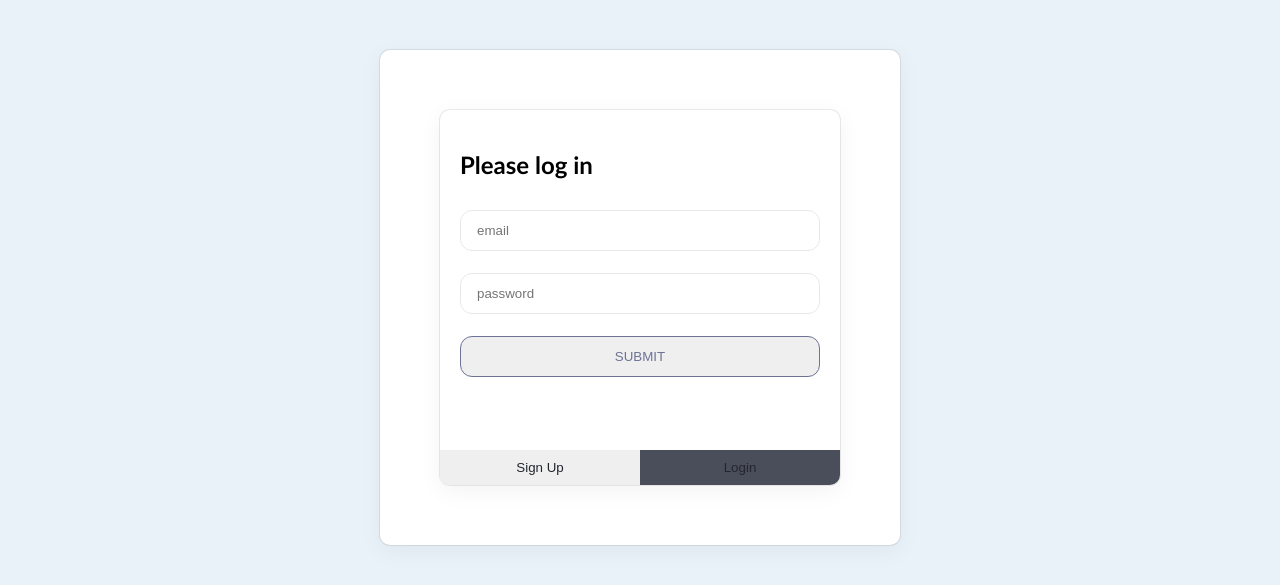
Repository: mosesvk/_todo
Page: / (app in client/)
An editor plug-in stored every save of this project. The page is shown before and after the next save, followed by the edit.
The browser window is 1280 px wide. The pictures show the whole page.
The project was rebuilt for these pictures with package versions that can differ from the ones it lists, and the page was loaded fresh each time. Also part of the build but not shown: client/vite.config.js, client/src/components/Modal.jsx, client/src/components/ListHeader.jsx, client/src/components/ProgressBar.jsx, client/src/components/ListItem.jsx. Imported but missing from the stored project, and not drawn on this page: client/src/components/TickIcon.

Above is the page before, as saved 2023-05-09 18:57:11.

After the next save:
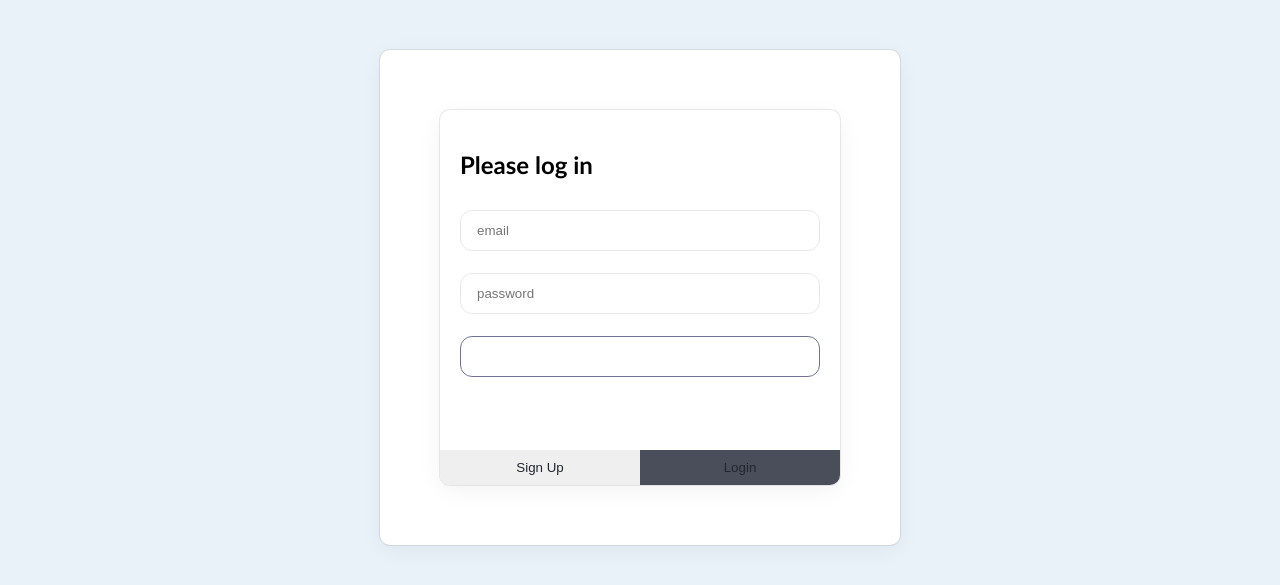
Saved 41 h 31 min later.
--- a/client/src/components/Auth.jsx
+++ b/client/src/components/Auth.jsx
@@ -69,7 +69,7 @@
             />
           )}
           <input
-            type='submit'
+            // type='submit'
             className='create'
             onClick={(e) => handleSubmit(e, isLogin ? 'login' : 'signup')}
           />

After the save that followed:
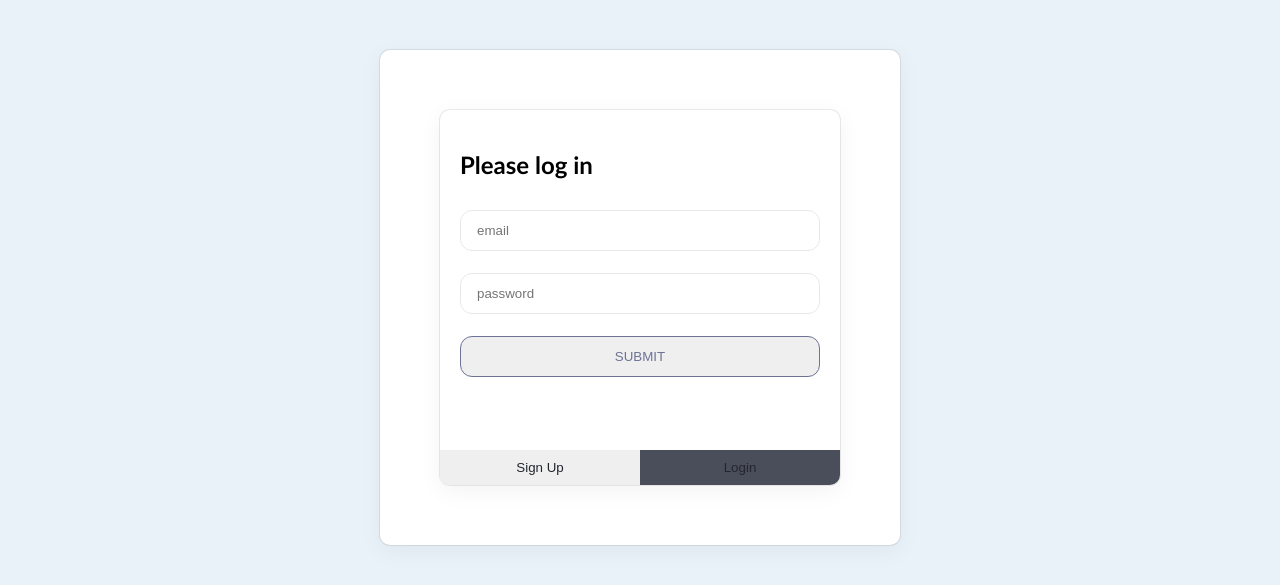
Saved 95 s later.
--- a/client/src/components/Auth.jsx
+++ b/client/src/components/Auth.jsx
@@ -69,7 +69,7 @@
             />
           )}
           <input
-            // type='submit'
+            type='submit'
             className='create'
             onClick={(e) => handleSubmit(e, isLogin ? 'login' : 'signup')}
           />
